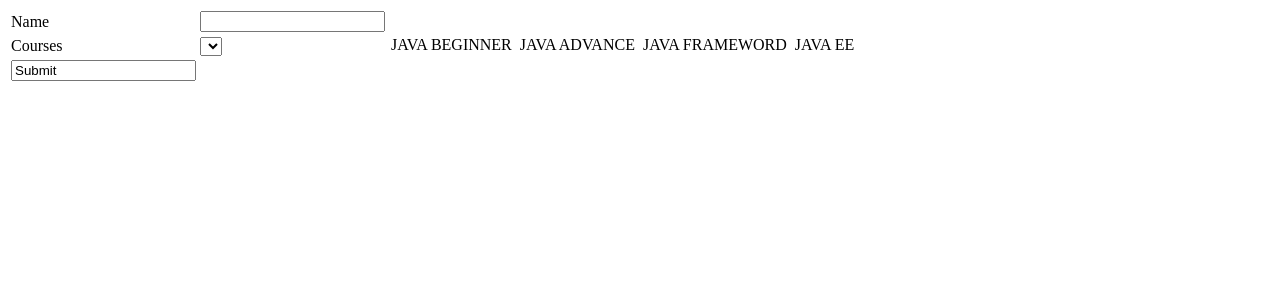
Repository: SurajPawar15-smart/JAVAProjects
Page: 12.URLrewritingsessionDemo/WebContent/index.html
An editor plug-in stored every save of this project. The page is shown before and after the next save, followed by the edit.
The browser window is 1280 px wide. The pictures show the whole page.

Above is the page before, as saved 2020-09-27 11:42:15.

### 12.URLrewritingsessionDemo/WebContent/index.html
<!DOCTYPE html>
<html>
<head>
<meta charset="ISO-8859-1">
<title>Insert title here</title>
</head>
<body>
<form action="FirstServlet" method="post">
<table>
<tr>
<td>Name</td>
<td><input type="text" name="username"></td>
</tr>

<tr>
<td>Courses</td>
<td><select name="Courses"></td>
<td><option>JAVA BEGINNER</option></td>
<td><option>JAVA ADVANCE</option></td>
<td><option>JAVA FRAMEWORD</option></td>
<td><option>JAVA EE</option></td>
<td></select></td>
</tr>

<tr>
<td><input type="text" value="Submit"></td>

</tr>



</table>
</form>
</body>
</html>

After the next save:
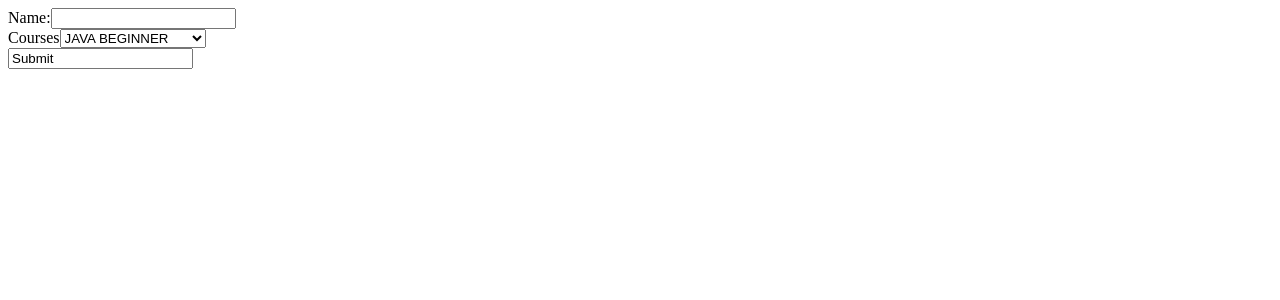
Saved 3 min 22 s later.
--- a/12.URLrewritingsessionDemo/WebContent/index.html
+++ b/12.URLrewritingsessionDemo/WebContent/index.html
@@ -6,30 +6,24 @@
 </head>
 <body>
 <form action="FirstServlet" method="post">
-<table>
-<tr>
-<td>Name</td>
-<td><input type="text" name="username"></td>
-</tr>
 
-<tr>
-<td>Courses</td>
-<td><select name="Courses"></td>
-<td><option>JAVA BEGINNER</option></td>
-<td><option>JAVA ADVANCE</option></td>
-<td><option>JAVA FRAMEWORD</option></td>
-<td><option>JAVA EE</option></td>
-<td></select></td>
-</tr>
+<div>
+Name:<input type="text" name="username">
+</div>
 
-<tr>
-<td><input type="text" value="Submit"></td>
+<div>
+Courses<select name="Courses">
 
-</tr>
+<option>JAVA BEGINNER</option>
+<option>JAVA ADVANCE</option>
+<option>JAVA FRAMEWORD</option>
+<option>JAVA EE</option>
+</select>
 
+<div>
+<input type="text" value="Submit">
+</div>
 
-
-</table>
 </form>
 </body>
 </html>
